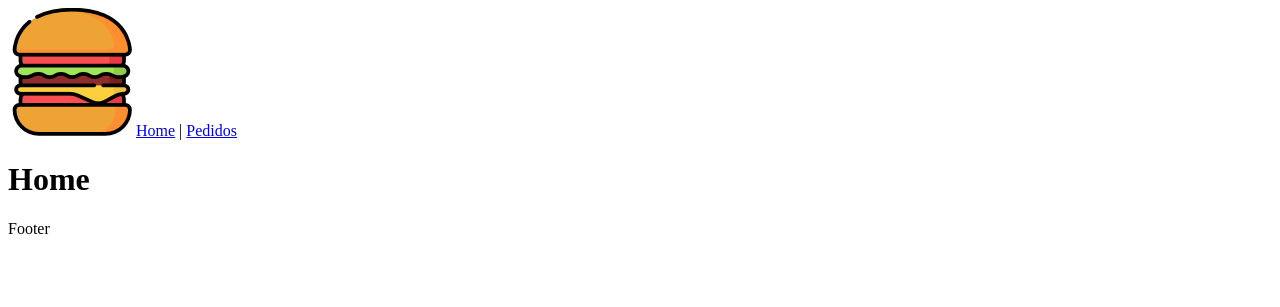
Repository: brunofa23/makeyourburguer
Page: /
These files come from the project's save history. The page is drawn as it stood at one moment and after the next save; the edit follows.
The browser window is 1280 px wide. The pictures show the whole page.
The project was rebuilt for these pictures with package versions that can differ from the ones it lists, and the page was loaded fresh each time. Also part of the build but not shown: vue.config.js.

Above is the page before, as saved 2022-08-08 20:25:38.

After the next save:
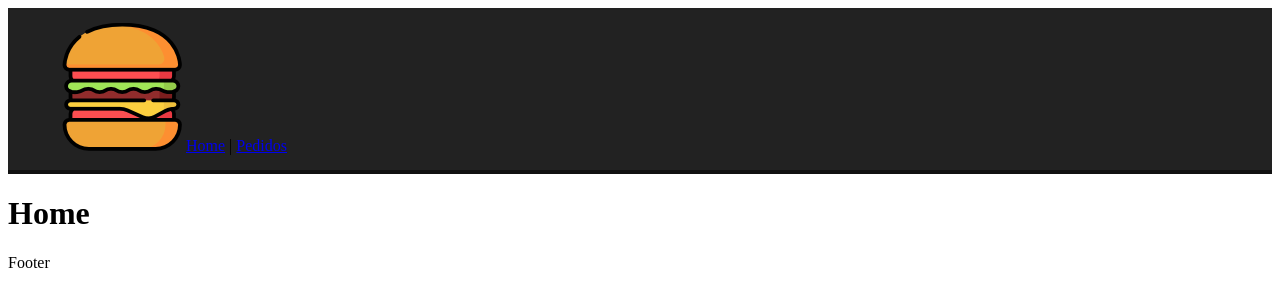
Saved 35 s later.
--- a/src/components/Navbar.vue
+++ b/src/components/Navbar.vue
@@ -17,7 +17,9 @@ export default {
 
 <style scoped>
 #nav{
-  background-color: ;
+  background-color:#222 ;
+  border-bottom: 4px solid #111;
+  padding: 15px 50px;
 }
 
 </style>
